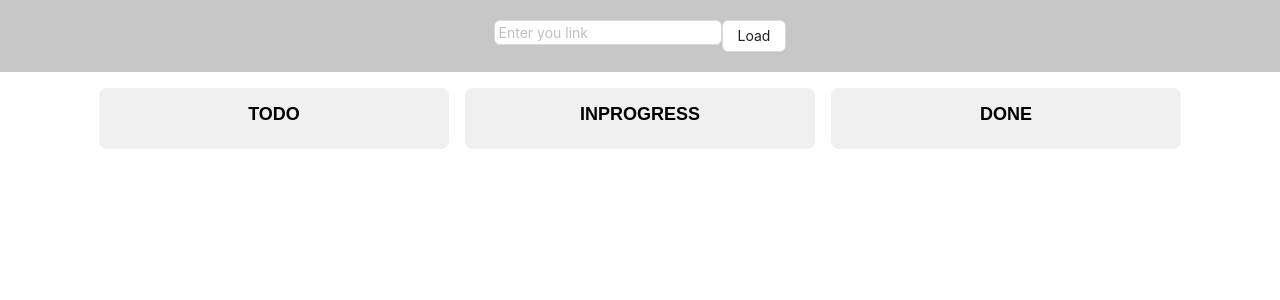
Repository: dVaselevsliy/kanban-test
Page: /
The author's editor kept a copy of each file at every save. The page is drawn from the files as they stood at one save, then again after the next save.
The browser window is 1280 px wide. The pictures show the whole page.
The project was rebuilt for these pictures with package versions that can differ from the ones it lists, and the page was loaded fresh each time. Also part of the build but not shown: vite.config.ts, src/helpers/timeAgo.js, src/components/Issue.tsx.

Above is the page before, as saved 2025-03-03 01:49:33.

After the next save:
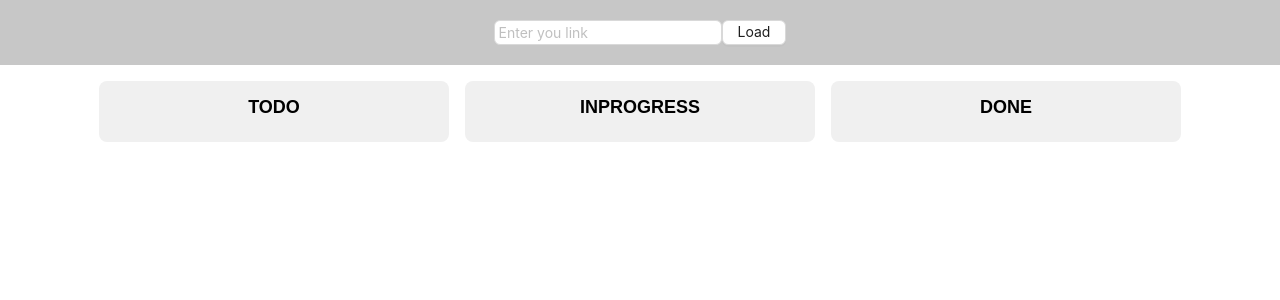
Saved 4 s later.
--- a/src/styles/styles.scss
+++ b/src/styles/styles.scss
@@ -22,7 +22,7 @@ body {
 }
 
 .button {
-
+  height: 25px;
 }
 
 .colums > div {
